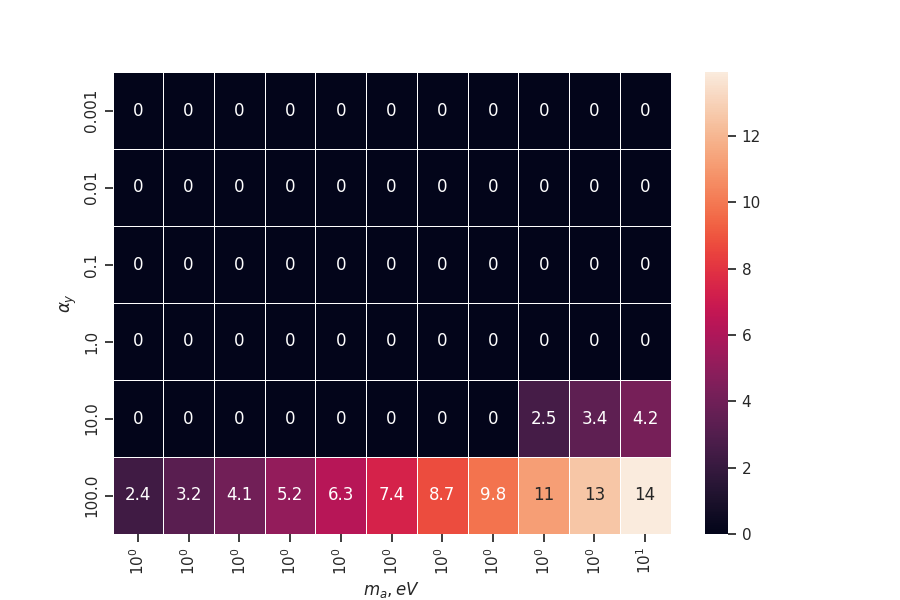
Repository: impermast/recombination
Script's output: python raschet/rec.py
These files come from the project's save history. The script's output is drawn as it stood at one moment and after the next save; the edit follows.
Random numbers start from a fixed seed.

Above is the script's output before, as saved 2023-05-13 20:02:40.

After the next save:
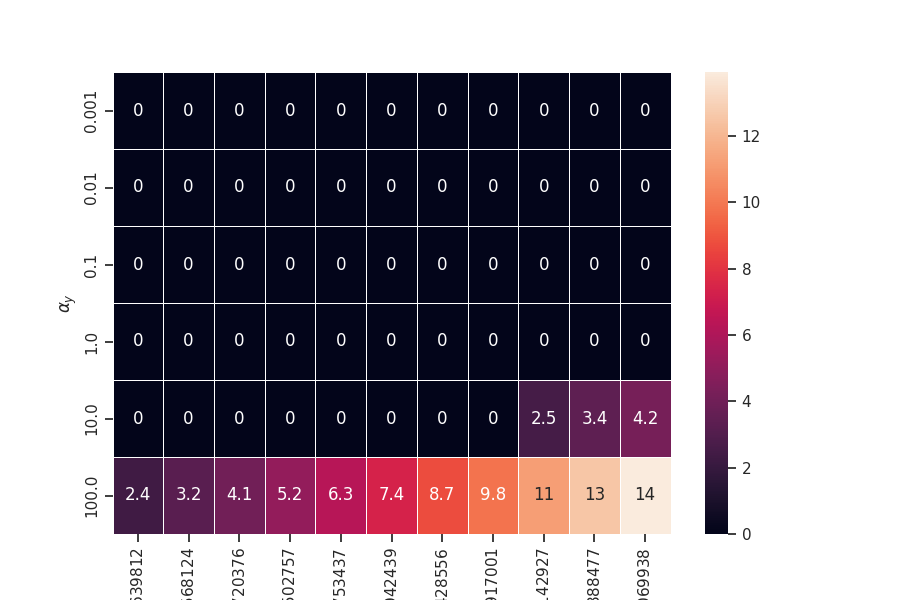
Saved 39 s later.
--- a/raschet/rec.py
+++ b/raschet/rec.py
@@ -110,7 +110,7 @@ def graph(T,r1,r2,rlim):
     plt.show()
     print("graphs")
 def funcForFormatter(x, pos):
-    a = int(np.log10(x))
+    a = (np.log10(x))
     return '$10^{}$'.format(a)
 def kriteria(alp_range,m_range):
     global alpha,ma,err
